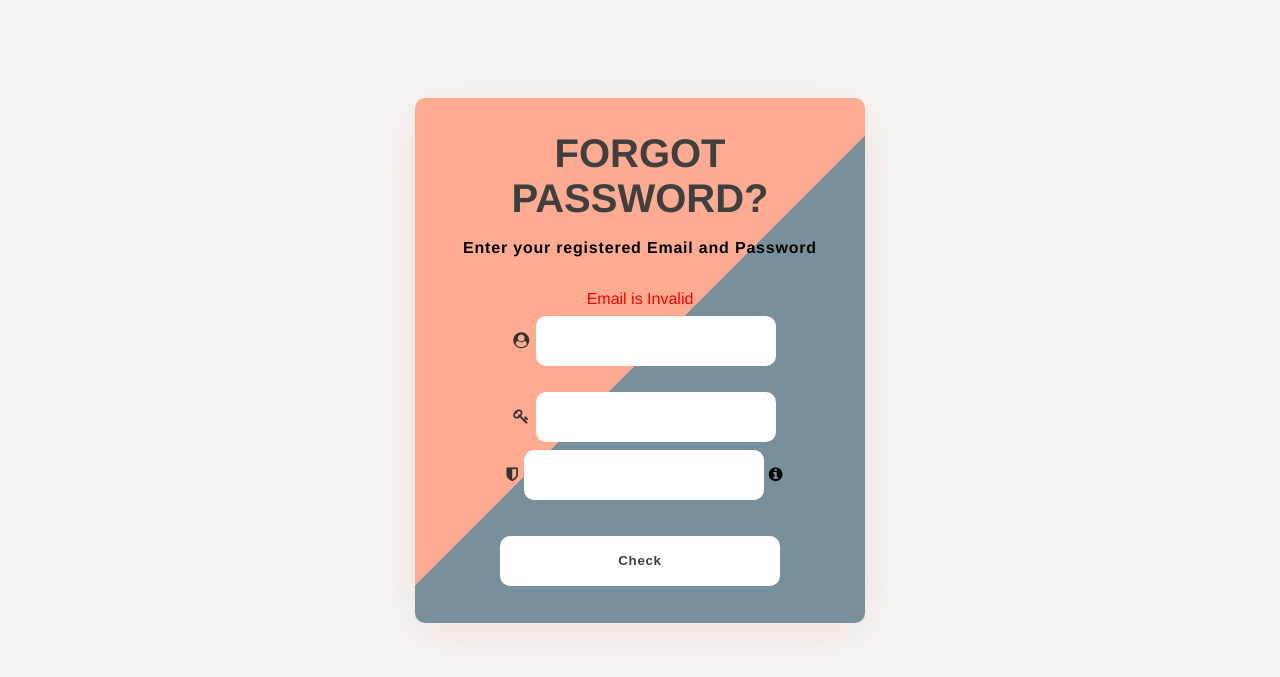
Repository: DhanushPrabha22/Zoho-Mini-Project
Page: http://localhost/ToDo_List/forgotpwd.do
These files come from the project's save history. The page is drawn as it stood at one moment and after the next save; the edit follows.
The browser window is 1280 px wide. The pictures show the whole page.
Some web libraries are served in a nearby version. The page is served by Tomcat 9. Other server files are loaded and not shown.

Above is the page before, as saved 2021-03-17 07:05:54.

### Todo Eclipse/ToDo_List/WebContent/forgotPwd.jsp
<!--

forgotPwd.jsp

java version "1.8.0_45"

Created By Dhanush L

-->

<%@taglib uri="http://struts.apache.org/tags-html" prefix="html"%>
<!DOCTYPE html>
<html>
<head>
	<title>To-Do</title>
	<link rel="icon" href="resources/appIcon.png">
	<link rel="stylesheet" type="text/css" href="styles/sign_in.css" />
	<link rel="stylesheet" href="https://cdnjs.cloudflare.com/ajax/libs/font-awesome/4.7.0/css/font-awesome.min.css">
	<script src="https://ajax.googleapis.com/ajax/libs/jquery/2.1.1/jquery.min.js"></script>
	<script src="scripts/forgotPwd.js"></script>
</head>
<body>
	<div class="main-div">
		<!--   con = Container  for items in the form-->
		<div class="con">
			<!--     Start  header Content  -->
			<header class="head-form">
				<h2>FORGOT PASSWORD?</h2>
				<!--     A welcome message or an explanation of the login form -->
				<br>
				<p><b>Enter your registered Email and Password</b></p>
			</header>
			<br>
			<div class="field-set">
				<html:form action="forgotpwd" method="post">
					<!--user name -->
					<html:errors property="email_e"/><br>
					<span class="input-item"><i class="fa fa-user-circle"></i></span>
					<html:text styleClass="form-input" property="email"/><br>
					<!--Password -->
					<html:errors property="password_e"/><br>
					<span class="input-item"><i class="fa fa-key"></i></span>
					<html:password styleClass="form-input" property="password"/>
					<html:errors property="security_e"/><br>
					<span class="input-item"><i class="fa fa-shield"></i></span>
					<html:text styleClass="form-input" property="security"/>
					<span class="input-item2"><i class="fa fa-info-circle"></i></span>
					<br><br><br>
					<html:submit styleClass="log-in button" value="Check"/>
				</html:form>
			</div>
		<!--   End Container  -->
		</div>
	<!-- End Form -->
	</div>
</body>
</html>

### Todo Eclipse/ToDo_List/src/dao/JDBC_Operations.java
package dao;

import java.sql.*;
import java.time.Period;
import java.util.regex.Pattern;


public class JDBC_Operations {


	public Connection getConnection() {
		try{
				//Database Connection
				Class.forName("com.mysql.jdbc.Driver");
				Connection conn = DriverManager.getConnection(JDBCUtils.getUrl(), JDBCUtils.getUsername(), JDBCUtils.getPassword());
				return conn;
			}catch(Exception e){
				System.out.println(e);
			}
			return null;
	}


	public boolean insertUser(String email, String pwd, String secAns){
		try{
			TrippleDES tripledes = new TrippleDES();

			String encrypted1 = tripledes.encrypt(pwd);

			String normalSecAns = noamalizeSecurityAnswer(secAns);
			String encrypted2 = tripledes.encrypt(normalSecAns);

			Connection conn = getConnection();
			String sql = "INSERT INTO logindetails(email,password,security) VALUES(?,?,?);";
			PreparedStatement stmt = conn.prepareStatement(sql);
			stmt.setString(1, email);
			stmt.setString(2, encrypted1);
			stmt.setString(3, encrypted2);
			stmt.executeUpdate();
			conn.close();
			return true;
		}catch(Exception e){
			System.out.println(e);
		}
		return false;
	}


	public boolean insertAccount(String email) {
		try{
			Connection conn = getConnection();

			String sql = "INSERT INTO accountdetails(email) VALUES(?);";
			PreparedStatement stmt = conn.prepareStatement(sql);
			stmt.setString(1, email);
			stmt.executeUpdate();
			conn.close();
			return true;
		}catch(Exception e){
			System.out.println(e);
		}
		return false;
	}


	public boolean createUserID(String email) {
		try{
			Connection conn = getConnection();

			String sql = "INSERT INTO user_id_table(email) VALUES(?);";

			PreparedStatement stmt = conn.prepareStatement(sql);
			stmt.setString(1, email);
			stmt.executeUpdate();
			conn.close();
			return true;
		}catch(Exception e){
			System.out.println(e);
		}
		return false;
	}


	public boolean updatePassword(String email, String new_pwd) {
		try{
			TrippleDES tripledes = new TrippleDES();

			String encrypted = tripledes.encrypt(new_pwd);

			Connection conn = getConnection();
			String sql = "UPDATE logindetails SET password=? WHERE email='"+email+"';";
			PreparedStatement stmt = conn.prepareStatement(sql);
			stmt.setString(1, encrypted);
			stmt.executeUpdate();
			conn.close();
			return true;
		}catch(Exception e){
			System.out.println(e);
		}
		return false;
	}


	public boolean isValid_Email(String email) {

		String emailRegex = "^[a-zA-Z0-9_+&*-]+(?:\\."+
                			"[a-zA-Z0-9_+&*-]+)*@" +
                			"(?:[a-zA-Z0-9-]+\\.)+[a-z" +
                			"A-Z]{2,7}$";
		Pattern pat = Pattern.compile(emailRegex);
		if (email == null)
            return false;
        return pat.matcher(email).matches();
	}


	public boolean isCheck_Email(String email){
		try{
			Connection conn = getConnection();
			String sql = "SELECT * FROM logindetails WHERE email='"+email+"';";
			Statement stmt = conn.createStatement();
			ResultSet rs = stmt.executeQuery(sql);
			int count = 0;
			while (rs.next())
    			count++;
    		if(count==0) {
    			rs.close();
    			conn.close();
    			return false;
    		}
    		rs.close();
			conn.close();
			return true;
		}catch(Exception e){
			System.out.println(e);
		}
		return false;
	}


	public boolean isCheck_SecurityAnswer(String email, String secAns){
		try{
			Connection conn = getConnection();
			String sql = "SELECT * FROM logindetails WHERE email='"+email+"';";
			Statement stmt = conn.createStatement();
			ResultSet rs = stmt.executeQuery(sql);
			int count = 0;
			String encryptedText = "";
			while (rs.next()){
    			count++;
    			encryptedText += rs.getString("security");
    		}
    		if(count==0) {
    			rs.close();
    			conn.close();
    			return false;
    		}
    		TrippleDES tripledes = new TrippleDES();

    		String decrypted = tripledes.decrypt(encryptedText);

    		String normalSecAns = noamalizeSecurityAnswer(secAns);

    		if(!decrypted.equalsIgnoreCase(normalSecAns)) {
    			rs.close();
    			conn.close();
    			return false;
    		}
    		rs.close();
			conn.close();
			return true;
		}catch(Exception e){
			System.out.println(e);
		}
		return false;
	}


	public boolean isCheck_Password(String email, String password) {
		try {
			Connection conn = getConnection();

			String sql = "SELECT * FROM logindetails WHERE email='"+email+"';";

			Statement stmt = conn.createStatement();
			ResultSet rs = stmt.executeQuery(sql);
			int count = 0;
			String encryptedText = "";
			while (rs.next()){
    			count++;
    			encryptedText += rs.getString("password");
    		}
    		if(count==0) {
    			rs.close();
    			conn.close();
    			return false;
    		}
    		TrippleDES tripledes = new TrippleDES();

    		String decrypted = tripledes.decrypt(encryptedText);
    		if(!decrypted.equals(password)) {
    			rs.close();
    			conn.close();
    			return false;
    		}
    		rs.close();
			conn.close();
			return true;
		}catch(Exception e){
			System.out.println(e);
		}
		return false;
	}


	public boolean isCheckStatus(String email, String password) {
		try {
			long millis = System.currentTimeMillis();
			Date currDate = new java.sql.Date(millis);
			Date lockedDate;
			int years=0, months=0, days=0;

			Connection conn = getConnection();

			String sql = "SELECT account_status, locked_date FROM accountdetails WHERE email='"+email+"';";

			Statement stmt = conn.createStatement();
			ResultSet rs = stmt.executeQuery(sql);
			rs.next();
			if(rs.getInt("account_status")==1) {
				rs.close();
				conn.close();
				return true;
			}else {
				lockedDate = rs.getDate("locked_date");
				if(lockedDate!=null && isCheck_Password(email, password)) {
					Period age = Period.between(lockedDate.toLocalDate(), currDate.toLocalDate());
					years = age.getYears();
					months = age.getMonths();
					days = age.getDays();
					if(years>0 || months>0 || days>2) {
						unlockAccount(email);
						rs.close();
						conn.close();
						return true;
					}
				}
			}
			rs.close();
			conn.close();
		}catch(Exception e){
			System.out.println(e);
		}
		return false;
	}


	public void updateBadLogins(String email) {
		try {
			Connection conn = getConnection();

			String sql = "SELECT bad_logins, account_status FROM accountdetails WHERE email='"+email+"';";

			Statement stmt = conn.createStatement();
			ResultSet rs = stmt.executeQuery(sql);
			rs.next();
			int badLogins = rs.getInt("bad_logins");


			if((badLogins+1)>2) {
				lockAccount(email);
				resetBadLogins(email);
			}else {
				increaseBadLogin(email, badLogins);
			}

			rs.close();
			conn.close();
		}catch(Exception e){
			System.out.println(e);
		}
	}


	public void resetBadLogins(String email) {
		try {
			Connection conn = getConnection();

			String sql = "UPDATE accountdetails SET bad_logins=? WHERE email='"+email+"';";

			PreparedStatement stmt = conn.prepareStatement(sql);
			stmt.setInt(1, 0);
			stmt.executeUpdate();
			conn.close();
		}catch(Exception e){
			System.out.println(e);
		}
	}


	public void increaseBadLogin(String email, int badLogins) {
		try {
			Connection conn = getConnection();

			String sql = "UPDATE accountdetails SET bad_logins=? WHERE email='"+email+"';";

			PreparedStatement stmt = conn.prepareStatement(sql);
			stmt.setInt(1, badLogins+1);
			stmt.executeUpdate();
			conn.close();
		}catch(Exception e){
			System.out.println(e);
		}
	}


	public void unlockAccount(String email) {
		try {
			Connection conn = getConnection();

			String sql = "UPDATE accountdetails SET account_status=?, locked_date=? WHERE email='"+email+"';";

			PreparedStatement stmt = conn.prepareStatement(sql);
			stmt.setInt(1, 1);
			stmt.setDate(2, null);
			stmt.executeUpdate();
			conn.close();
		}catch(Exception e){
			System.out.println(e);
		}
	}


	public void lockAccount(String email) {
		try {
			long millis = System.currentTimeMillis();
			Date currDate = new java.sql.Date(millis);

			Connection conn = getConnection();

			String sql = "UPDATE accountdetails SET account_status=?, locked_date=? WHERE email='"+email+"';";

			PreparedStatement stmt = conn.prepareStatement(sql);
			stmt.setInt(1, 0);
			stmt.setDate(2, currDate);
			stmt.executeUpdate();
			conn.close();
		}catch(Exception e){
			System.out.println(e);
		}
	}

	public String noamalizeSecurityAnswer(String secAns) {
		String result = secAns.replaceAll("[^A-Za-z0-9]","");
		return result;
	}
}

### Todo Eclipse/ToDo_List/WebContent/styles/sign_in.css

* {
    padding: 0;
    margin: 0;
    box-sizing: border-box;
}

body {
  font-family: Helvetica, san-serif;
  overflow-x: hidden;
  overflow-y: hidden;
  background-color: #f5f5f5;
}

.main-div{
	box-shadow: 0 9px 50px hsla(20, 67%, 75%, 0.31);
	position: absolute;
	margin: auto;
  	top: 0;
  	right: 0;
  	bottom: 0;
  	left: 0;
	width: 450px;
	background-image: linear-gradient(-225deg, #FFAB91 50%, #78909C 50%);
    height: 525px;
	text-align:center;
    border-radius: 10px;
    padding: 2%;
}

.field-set{
	margin-top: -25px;
}

/* the header form form */
header {
    margin: 2% auto 10% auto;
    text-align: center;
}
/* Login title form form */
header h2 {
    font-size: 250%;
    color: #3e403f;
}
/*  A welcome message or an explanation of the login form */
header p {letter-spacing: 0.05em;}


.input-item {
    background: transparent;
    color: #333;
    padding: 14.5px 0px 15px 9px;
    margin-right: 2px;
}

.tooltip {
  position: relative;
  display: inline-block;
  margin-right: 2px;
}

.tooltip .tooltiptext {
  visibility: hidden;
  width: 225px;
  background-color: #37474F;
  color: #fff;
  text-align: center;
  border-radius: 6px;
  padding: 5px 0;

  /* Position the tooltip */
  position: absolute;
  z-index: 1;
}

.tooltip:hover .tooltiptext {
  visibility: visible;
}


/* inputs form  */
.form-input{
    width: 240px;
    height: 50px;
    margin-top: 2%;
    padding: 15px;
    font-size: 16px;
    font-family: 'Abel', sans-serif;
    color: #5E6472;
    outline: none;
    border: none;
    border-radius: 10px;
    transition: 0.2s linear;

}

.form-input:focus {
    transform: translateX(-2px);
    border-radius: 5px;
}


.button {
    display: inline-block;
    color: #3e403f;
    width: 280px;
    height: 50px;
    padding: 0 20px;
    background: #fff;
    border-radius: 10px;
    outline: none;
    border: none;
    cursor: pointer;
    text-align: center;
    transition: all 0.2s linear;
    font-weight: bold;
    margin: 0 auto;
    letter-spacing: 0.05em;
}
/* Submits */
.submits {
    width: 48%;
    display: inline-block;
    float: left;
    margin-left: 2%;
}

/* Forgot Password button FAF3DD  */
.frgt-pass {background: transparent;}

/*     Sign Up button  */
.sign-up {background: #B8F2E6;}


/* buttons hover */
.button:hover {
    transform: translatey(3px);
    box-shadow: none;
}

/* buttons hover Animation */
.button:hover {
    animation: ani9 0.4s ease-in-out infinite alternate;
}
@keyframes ani9 {
    0% {
        transform: translateY(3px);
    }
    100% {
        transform: translateY(5px);
    }
}

Loaded but not shown: Todo Eclipse/ToDo_List/WebContent/scripts/forgotPwd.js (no copy from this time; the picture is the same without it)

After the next save:
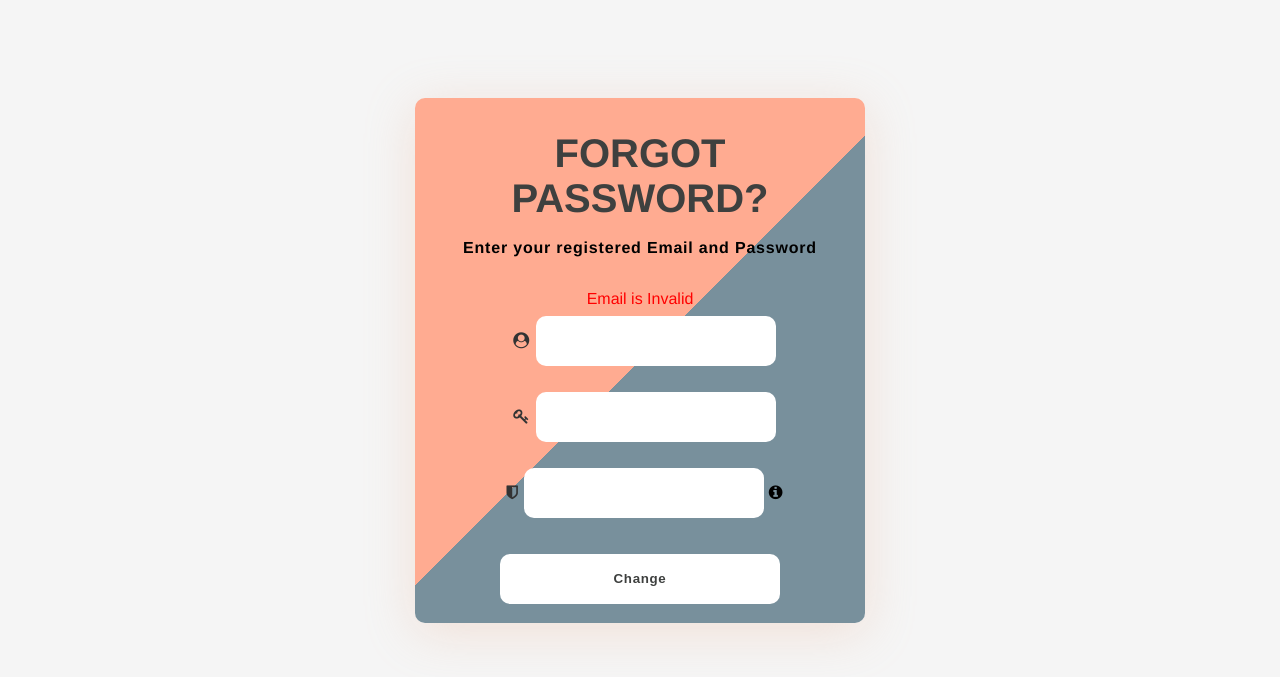
Saved 8 min 15 s later.
--- a/Todo Eclipse/ToDo_List/WebContent/forgotPwd.jsp
+++ b/Todo Eclipse/ToDo_List/WebContent/forgotPwd.jsp
@@ -40,13 +40,13 @@ Created By Dhanush L
 					<!--Password -->
 					<html:errors property="password_e"/><br>
 					<span class="input-item"><i class="fa fa-key"></i></span>
-					<html:password styleClass="form-input" property="password"/>
+					<html:password styleClass="form-input" property="password"/><br>
 					<html:errors property="security_e"/><br>
 					<span class="input-item"><i class="fa fa-shield"></i></span>
 					<html:text styleClass="form-input" property="security"/>
 					<span class="input-item2"><i class="fa fa-info-circle"></i></span>
 					<br><br><br>
-					<html:submit styleClass="log-in button" value="Check"/>
+					<html:submit styleClass="log-in button" value="Change"/>
 				</html:form>
 			</div>
 		<!--   End Container  -->
